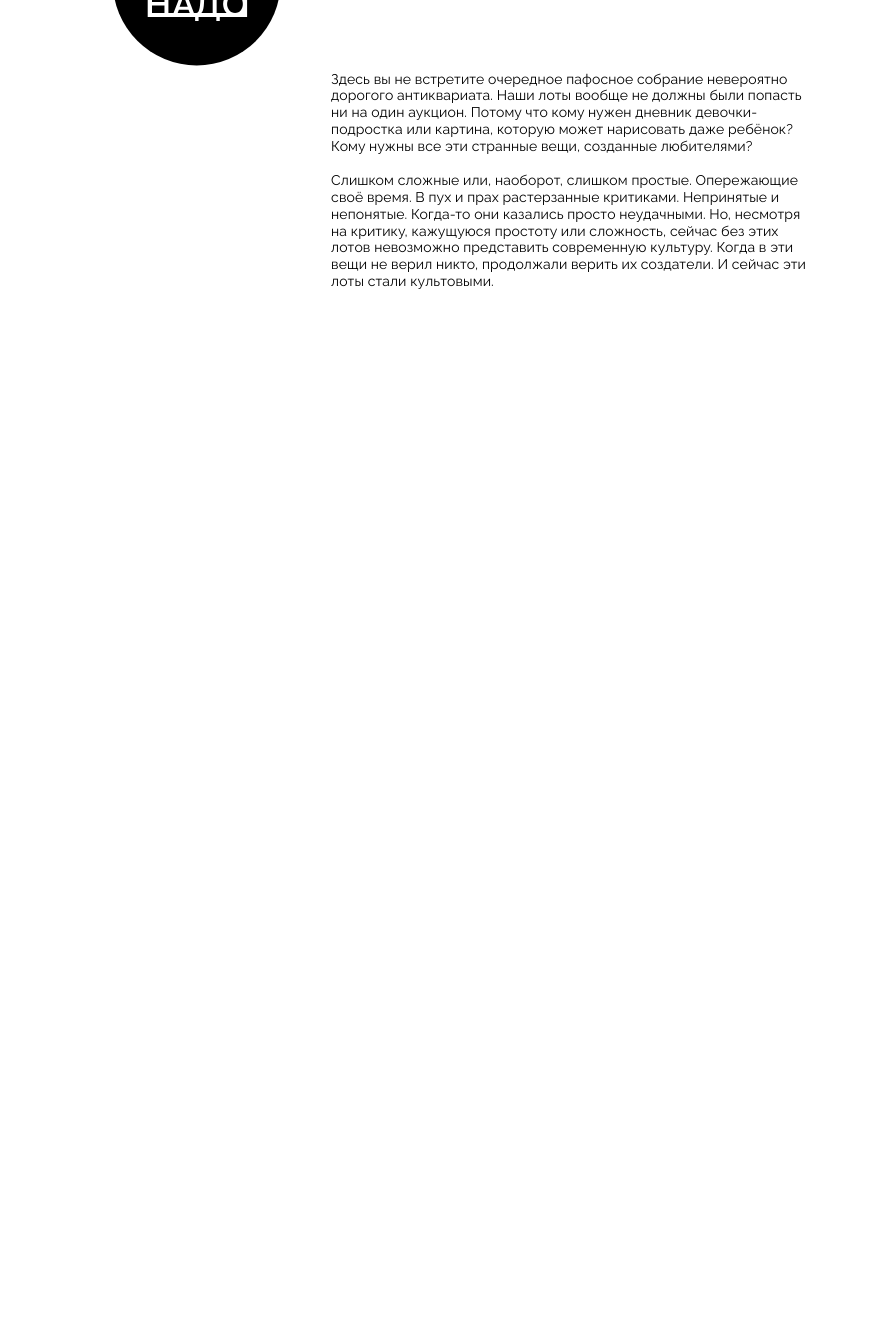
Repository: Smoyki/ono-tebe-nado
Page: index.html
These files come from the project's save history. The page is drawn as it stood at one moment and after the next save; the edit follows.
The browser window is 1280 px wide. The pictures show the part of the page from y = 2248 to 4168 px (the page is 4626 px tall before and 4650 px after), at 70% of full size.

Above is the page before, as saved 2024-04-16 22:41:23.

After the next save:
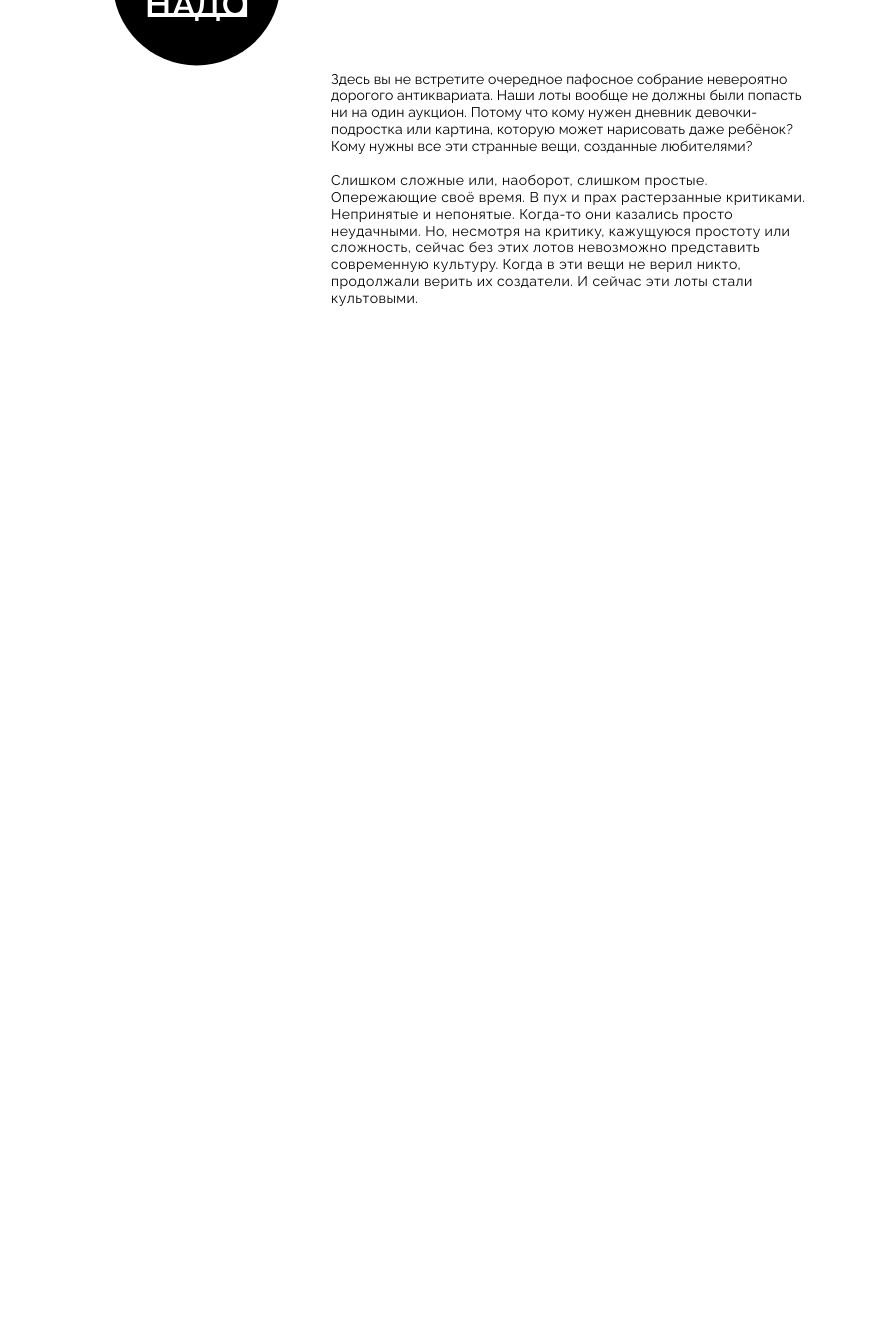
Saved 5 s later.
--- a/styles/style.css
+++ b/styles/style.css
@@ -353,7 +353,7 @@
 }
 
 .about__text p:nth-child(2){
-  letter-spacing: 0.01rem;
+  letter-spacing: 0.04rem;
  }
 
 .footer {
